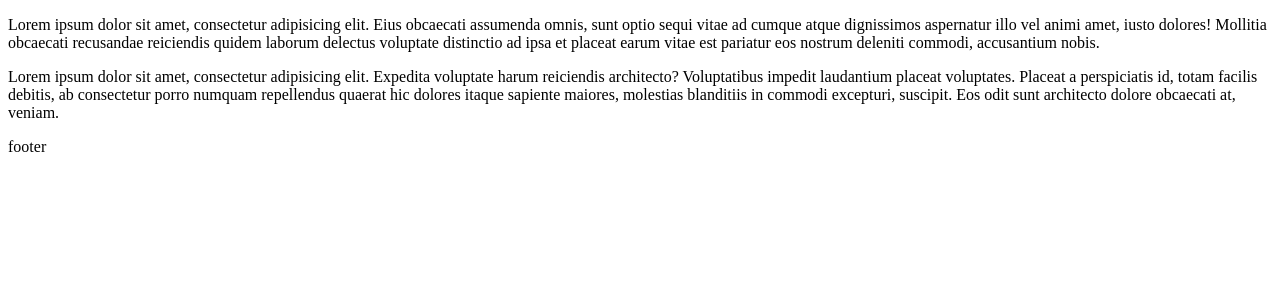
Repository: Matt-F90/mini-project
Page: index.html
The author's editor kept a record of every edit. The page is drawn from the files as they stood at one moment, then again after the next edit.
The browser window is 1280 px wide. The pictures show the whole page.

Above is the page before.

### index.html
<!DOCTYPE html>
<html lang="en">
<head>
    <meta charset="UTF-8">
    <meta name="viewport" content="width=device-width, initial-scale=1.0">
    <meta http-equiv="X-UA-Compatible" content="ie=edge">
    <title>Document</title>
</head>
<body>
    <main class="main">
        <header class="header">
            <div class="log"></div>
        </header>
    </main>
        <section class="section">
          <article class="article column column-60">
              <p class="section-paragraph">
                  Lorem ipsum dolor sit amet, consectetur adipisicing elit. Eius obcaecati assumenda omnis, sunt optio sequi vitae ad cumque atque dignissimos aspernatur illo vel animi amet, iusto dolores! Mollitia obcaecati recusandae reiciendis quidem laborum delectus voluptate distinctio ad ipsa et placeat earum vitae est pariatur eos nostrum deleniti commodi, accusantium nobis.
              </p>
          </article>
          <aside class="aside column colummn-40">
              <p class="section-paragraph">
                  Lorem ipsum dolor sit amet, consectetur adipisicing elit. Expedita voluptate harum reiciendis architecto? Voluptatibus impedit laudantium placeat voluptates. Placeat a perspiciatis id, totam facilis debitis, ab consectetur porro numquam repellendus quaerat hic dolores itaque sapiente maiores, molestias blanditiis in commodi excepturi, suscipit. Eos odit sunt architecto dolore obcaecati at, veniam.
              </p>
          </aside>
        </section>

        <footer class="footer">
            footer
        </footer>
</body>
</html>

### main.css
.body, html {
    height:100%;
    margin: 0;
}

.header {
    position: fixed;
    top: 0;
    left: 0;
    right: 0;
    background-color: #e84610;
    padding: 15px 25px;
}

.main {
    height:100%;
}

.section {
    background-color: #0097d3;
    height: 100%;

}

After the next edit:
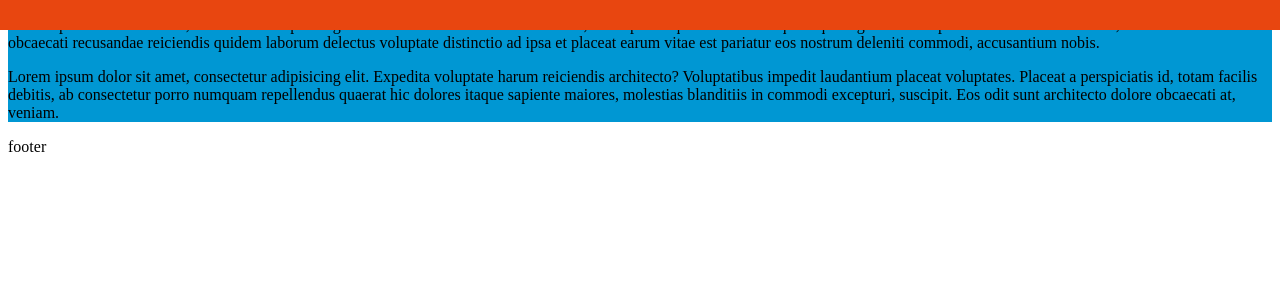
The edit:
--- a/index.html
+++ b/index.html
@@ -5,6 +5,7 @@
     <meta name="viewport" content="width=device-width, initial-scale=1.0">
     <meta http-equiv="X-UA-Compatible" content="ie=edge">
     <title>Document</title>
+    <link rel="stylesheet" href="main.css" type="text/css" />
 </head>
 <body>
     <main class="main">
